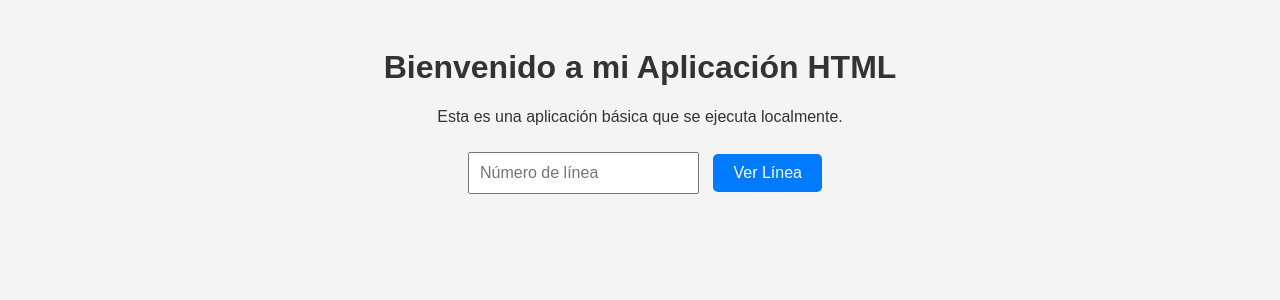
Repository: cflorido/Front_T3
Page: index.html
These files come from the project's save history. The page is drawn as it stood at one moment and after the next save; the edit follows.
The browser window is 1280 px wide. The pictures show the whole page.

Above is the page before, as saved 2024-10-22 18:21:16.

### index.html
<!DOCTYPE html>
<html lang="es">
<head>
    <meta charset="UTF-8">
    <meta name="viewport" content="width=device-width, initial-scale=1.0">
    <title>Mi Aplicación HTML Básica</title>
    <style>
        body {
            font-family: Arial, sans-serif;
            background-color: #f4f4f4;
            color: #333;
            text-align: center;
            padding: 20px;
        }
        button {
            padding: 10px 20px;
            font-size: 16px;
            cursor: pointer;
            background-color: #007BFF; /* Color de fondo azul */
            color: white; /* Color del texto */
            border: none; /* Sin borde */
            border-radius: 5px; /* Bordes redondeados */
            transition: background-color 0.3s; /* Efecto de transición */
        }
        button:hover {
            background-color: #0056b3; /* Color más oscuro al pasar el mouse */
        }
        #contenido {
            margin-top: 20px;
            padding: 10px;
            border: 1px solid #333;
            background-color: #fff;
            display: none; /* Oculto por defecto */
        }
        input {
            padding: 10px;
            margin: 10px;
            font-size: 16px;
        }
    </style>
</head>
<body>
    <h1>Bienvenido a mi Aplicación HTML</h1>
    <p>Esta es una aplicación básica que se ejecuta localmente.</p>

    <input type="number" id="numeroLinea" placeholder="Número de línea" min="1">
    <button onclick="cargarLinea()">Ver Línea</button>

    <div id="contenido"></div>

    <script>
        let lineas = []; // Array para almacenar las líneas del archivo

        // Función para cargar el contenido del archivo y dividirlo en líneas
        function cargarContenido() {
            fetch('data.txt')
                .then(response => {
                    if (!response.ok) {
                        throw new Error('Error al cargar el archivo: ' + response.statusText);
                    }
                    return response.text();
                })
                .then(data => {
                    lineas = data.split('\n'); // Divide el contenido en líneas
                })
                .catch(error => {
                    console.error(error);
                    alert('No se pudo cargar el contenido.');
                });
        }

        // Función para mostrar la línea seleccionada
        function cargarLinea() {
            const numeroLinea = document.getElementById("numeroLinea").value;
            const contenidoDiv = document.getElementById("contenido");

            // Verificar si el número de línea es válido
            if (numeroLinea > 0 && numeroLinea <= lineas.length) {
                contenidoDiv.textContent = lineas[numeroLinea - 1]; // Muestra la línea seleccionada
                contenidoDiv.style.display = 'block'; // Muestra el div
            } else {
                alert('Número de línea no válido. Intenta de nuevo.');
            }
        }

        // Cargar el contenido del archivo al inicio
        cargarContenido();
    </script>
</body>
</html>

After the next save:
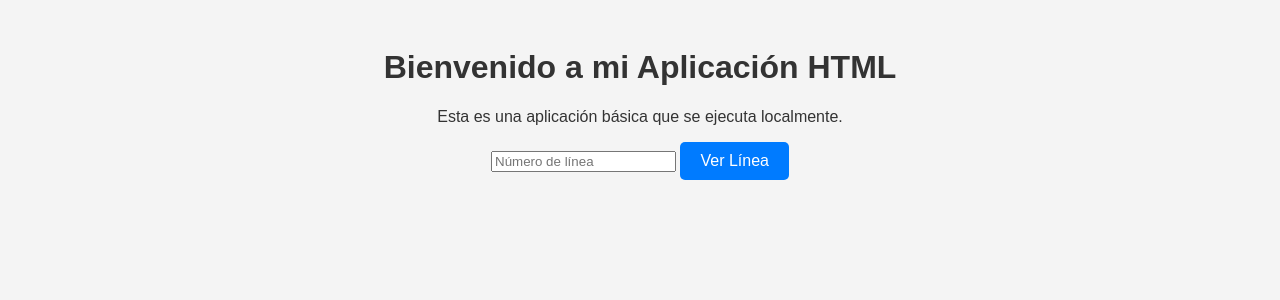
Saved 19 min 55 s later.
--- a/index.html
+++ b/index.html
@@ -2,7 +2,7 @@
 <html lang="es">
 <head>
     <meta charset="UTF-8">
-    <meta name="viewport" content="width=device-width, initial-scale=1.0">
+    <meta name="viewport" content="width=device-scale=1.0">
     <title>Mi Aplicación HTML Básica</title>
     <style>
         body {
@@ -32,10 +32,22 @@
             background-color: #fff;
             display: none; /* Oculto por defecto */
         }
-        input {
+        table {
+            margin: 20px auto;
+            border-collapse: collapse;
+            width: 80%;
+        }
+        th, td {
+            border: 1px solid #333;
             padding: 10px;
-            margin: 10px;
-            font-size: 16px;
+            text-align: center;
+            width: 14.28%; /* Para que se divida el espacio en 7 columnas */
+        }
+        th {
+            background-color: #ddd;
+        }
+        .utilizado {
+            background-color: #4CAF50; /* Verde para las franjas utilizadas */
         }
     </style>
 </head>
@@ -76,11 +88,51 @@
 
             // Verificar si el número de línea es válido
             if (numeroLinea > 0 && numeroLinea <= lineas.length) {
-                contenidoDiv.textContent = lineas[numeroLinea - 1]; // Muestra la línea seleccionada
+                const horario = JSON.parse(lineas[numeroLinea - 1]); // Parsear la línea como JSON
+                mostrarHorario(horario); // Mostrar el horario en forma de tabla
                 contenidoDiv.style.display = 'block'; // Muestra el div
             } else {
                 alert('Número de línea no válido. Intenta de nuevo.');
             }
+        }
+
+        // Función para mostrar el horario en una tabla
+        function mostrarHorario(horario) {
+            const contenidoDiv = document.getElementById("contenido");
+            contenidoDiv.innerHTML = ''; // Limpiar el contenido previo
+
+            // Crear la tabla
+            const tabla = document.createElement('table');
+            const thead = document.createElement('thead');
+            const tbody = document.createElement('tbody');
+
+            // Crear encabezado de la tabla
+            const encabezado = document.createElement('tr');
+            const dias = ['Lunes', 'Martes', 'Miércoles', 'Jueves', 'Viernes', 'Sábado', 'Domingo'];
+            dias.forEach(dia => {
+                const th = document.createElement('th');
+                th.textContent = dia;
+                encabezado.appendChild(th);
+            });
+            thead.appendChild(encabezado);
+            tabla.appendChild(thead);
+
+            // Crear filas de horarios
+            for (let i = 0; i < 12; i++) { // 12 franjas horarias
+                const fila = document.createElement('tr');
+                for (let j = 0; j < 7; j++) { // 7 días de la semana
+                    const celda = document.createElement('td');
+                    celda.textContent = horario[i * 7 + j]; // Calcular la posición en el array
+                    if (horario[i * 7 + j] === 1) {
+                        celda.classList.add('utilizado'); // Añadir clase si es utilizado
+                    }
+                    fila.appendChild(celda);
+                }
+                tbody.appendChild(fila);
+            }
+
+            tabla.appendChild(tbody);
+            contenidoDiv.appendChild(tabla);
         }
 
         // Cargar el contenido del archivo al inicio
